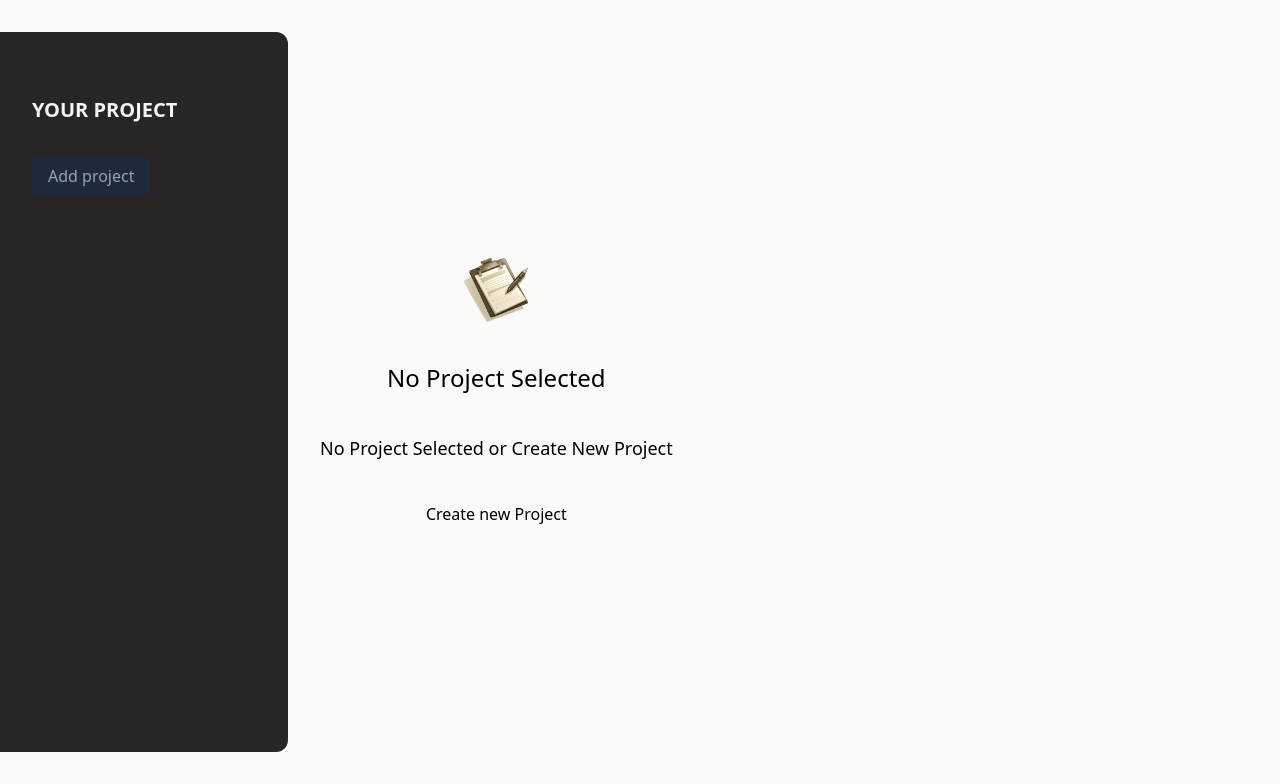
Repository: sibi24sibi/todo-list-using-reactjs
Page: /
These files come from the project's save history. The page is drawn as it stood at one moment and after a run of saves; the edit follows.
The browser window is 1280 px wide. The pictures show the whole page.
The project was rebuilt for these pictures with package versions that can differ from the ones it lists, and the page was loaded fresh each time. Also part of the build but not shown: vite.config.js, src/Components/Input.jsx, src/Components/NewProjects.jsx.

Above is the page before, as saved 2024-06-24 14:47:05.

### src/App.jsx
import NewPoject from "./Components/NewProjects";
import Noprojects from "./Components/NoProjects";
import SideBar from "./Components/SideBar";

function App() {
  return (
    <>
      <main className="h-screen my-8 flex gap-8">
        <SideBar />
        <Noprojects />
      </main>
    </>
  );
}

export default App;

### src/Components/NoProjects.jsx
import noProjects from "../assets/no-projects.png";

export default function Noprojects() {
  return (
    <div className="flex flex-col gap-10 justify-center items-center">
      <img src={noProjects} alt="No Projects" className="w-16 h-16" />
      <h2 className="text-2xl ">No Project Selected</h2>
      <p className=" text-lg">No Project Selected or Create New Project</p>
      <p>
        <button className="">Create new Project</button>
      </p>
    </div>
  );
}

### src/Components/SideBar.jsx
export default function SideBar() {
  return (
    <aside className="w-1/3 px-8 py-16 bg-stone-800 text-stone-50 md:w-72 rounded-r-xl">
      <h2 className="mb-8 font-bold uppercase md:text-xl text-stone-100">
        your project
      </h2>
      <div>
        <button className="px-4 py-2 text-slate-400 hover:text-slate-900 md:text-base rounded-md bg-slate-800 hover:bg-slate-400">
          Add project
        </button>
      </div>
      <ul></ul>
    </aside>
  );
}

Loaded but not shown: index.html (common file); src/main.jsx (common file); src/index.css (common file); tailwind.config.js (common file)

After the next 2 saves:
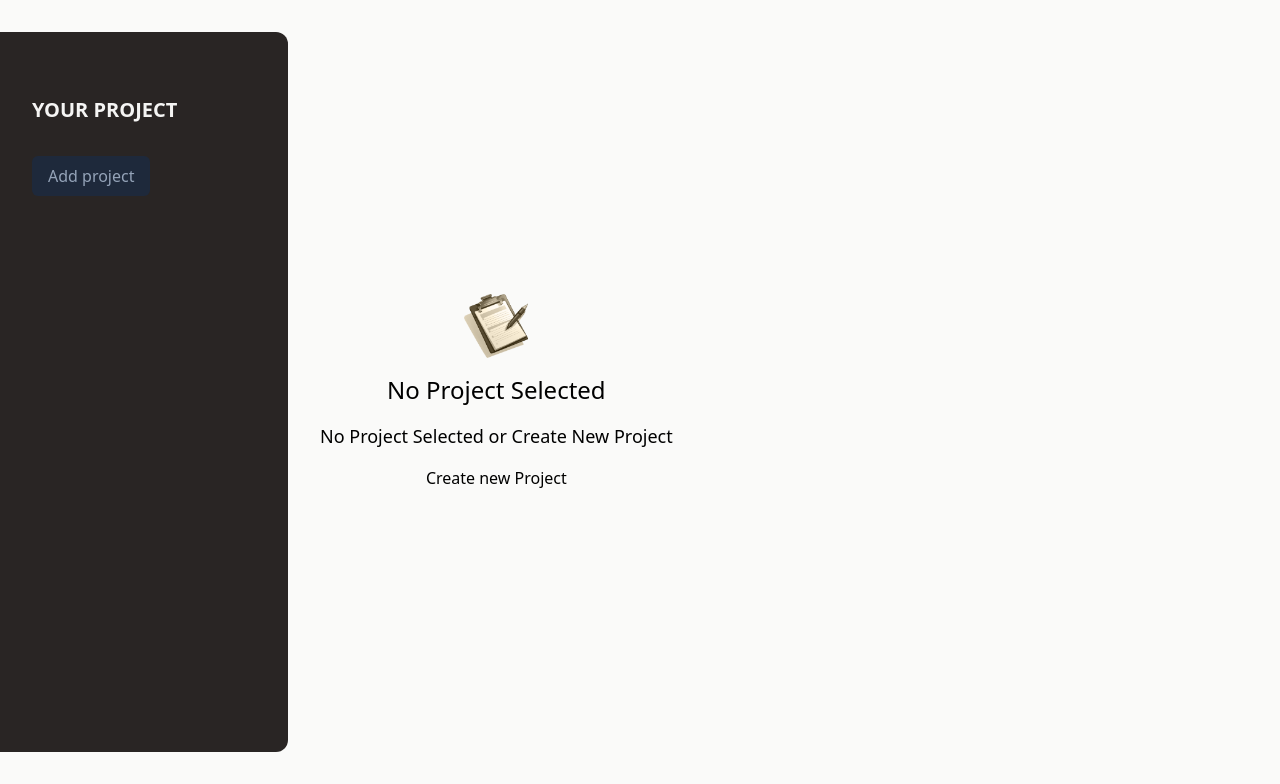
The 2 saves are shown as one change because they came seconds apart.
The last was saved 8 s later.
--- a/src/Components/NoProjects.jsx
+++ b/src/Components/NoProjects.jsx
@@ -2,7 +2,7 @@ import noProjects from "../assets/no-projects.png";
 
 export default function Noprojects() {
   return (
-    <div className="flex flex-col gap-10 justify-center items-center">
+    <div className="flex flex-col gap-4 justify-center items-center">
       <img src={noProjects} alt="No Projects" className="w-16 h-16" />
       <h2 className="text-2xl ">No Project Selected</h2>
       <p className=" text-lg">No Project Selected or Create New Project</p>
